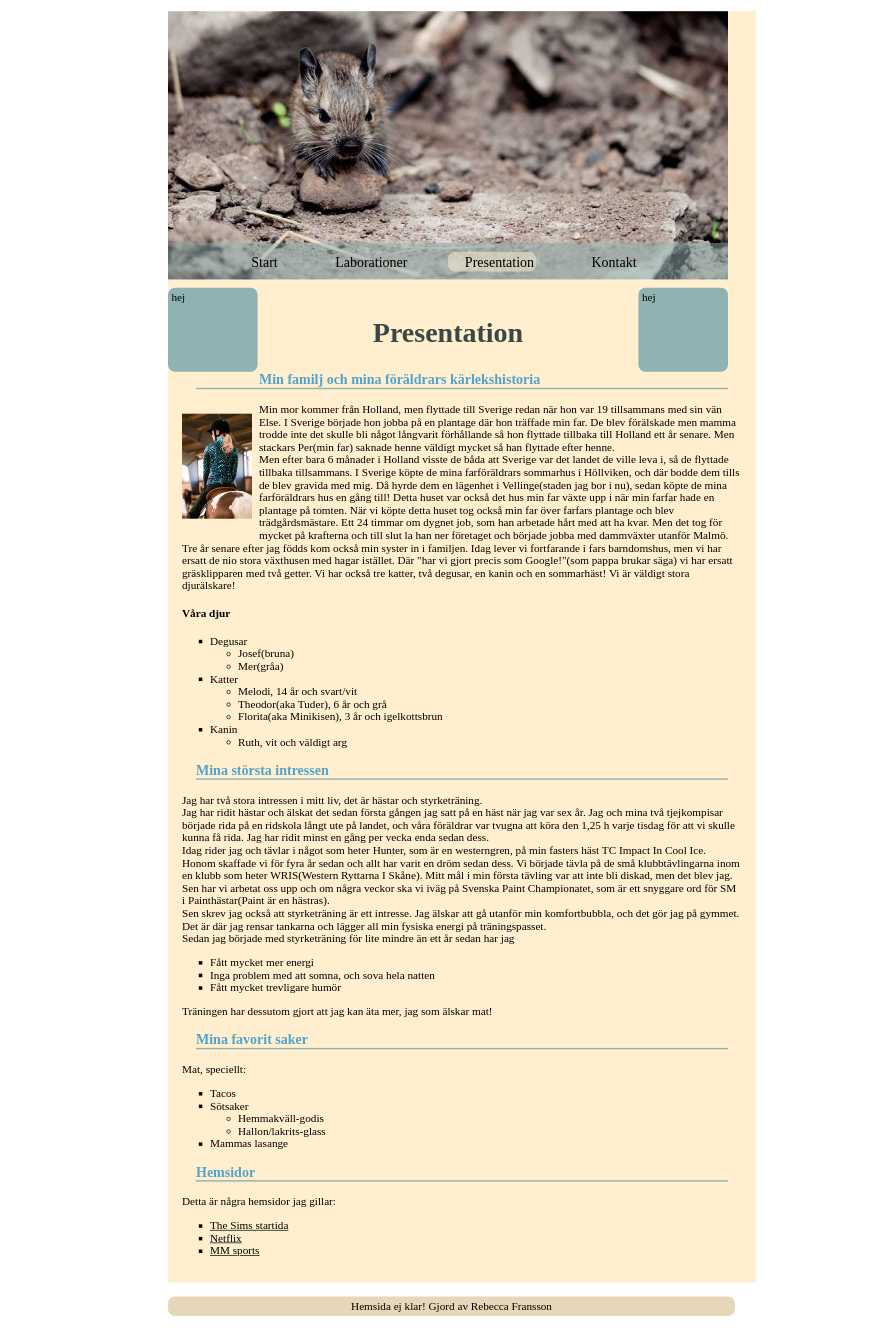
Repository: RebeccaFransson/Interfacedevelopment-1IK415
Page: pages/presentation.html
The author's editor kept a record of every edit. The page is drawn from the files as they stood at one moment, then again after the next edit.
The browser window is 1280 px wide. The pictures show the whole page, at 70% of full size.

Above is the page before.

After the next edit:
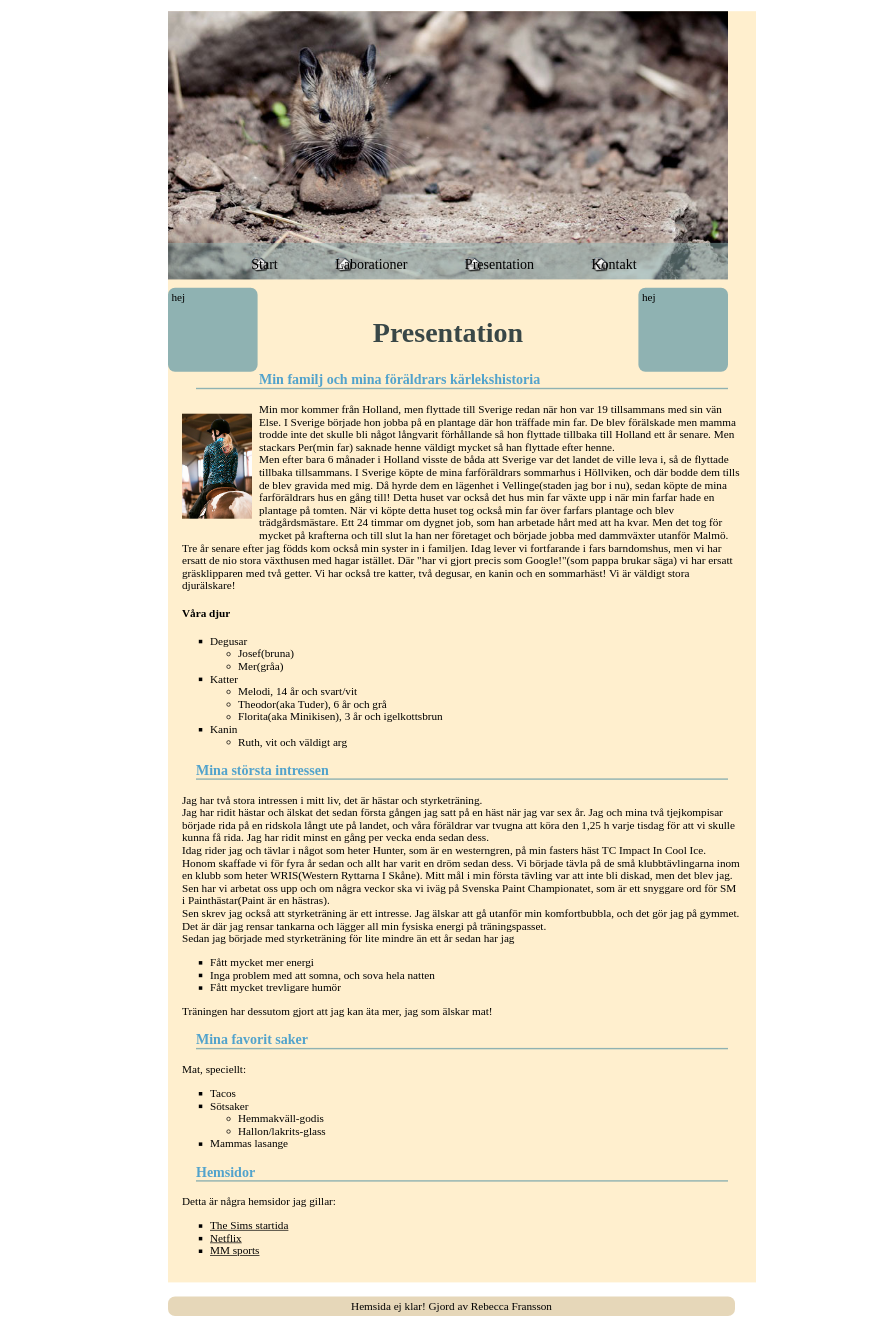
The edit:
--- a/pages/presentation.html
+++ b/pages/presentation.html
@@ -13,10 +13,10 @@
 
     <div id="meny">
             <ul>
-                <li><a href="../index.html">Start</a> </li>  <!-- ../ gör att jag kommer ut till mappen ovan.-->
-                <li><a href="laborationer.html">Laborationer</a> </li>
-                <li><a class="active" href="presentation.html">Presentation</a> </li>
-                <li><a href="kontakt.html">Kontakt</a> </li>
+                <li><a id="start" class="meny-start" href="../index.html">Start</a> </li>  <!-- ../ gör att jag kommer ut till mappen ovan.-->
+                <li><a id="start" class="meny-start" href="laborationer.html">Laborationer</a> </li>
+                <li><a id="start" class="meny-start" class="active" href="presentation.html">Presentation</a> </li>
+                <li><a id="start" class="meny-start" href="kontakt.html">Kontakt</a> </li>
             </ul>
     </div>
 
